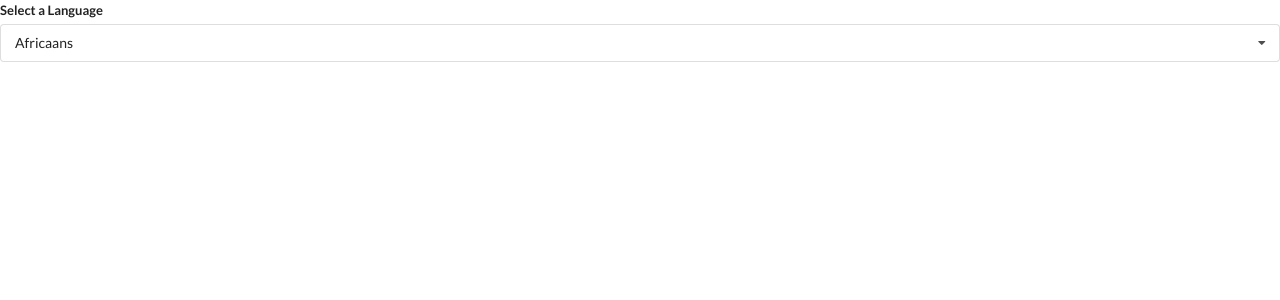
Repository: EgorSherstnev/widgets
Page: /
The author's editor kept a copy of each file at every save. The page is drawn from the files as they stood at one save, then again after the next save.
The browser window is 1280 px wide. The pictures show the whole page.
Some web libraries are served in a nearby version. The project was rebuilt for these pictures with package versions that can differ from the ones it lists, and the page was loaded fresh each time. Also part of the build but not shown: src/components/Accordion.js, src/components/Search.js.

Above is the page before, as saved 2022-11-06 14:19:43.

After the next save:
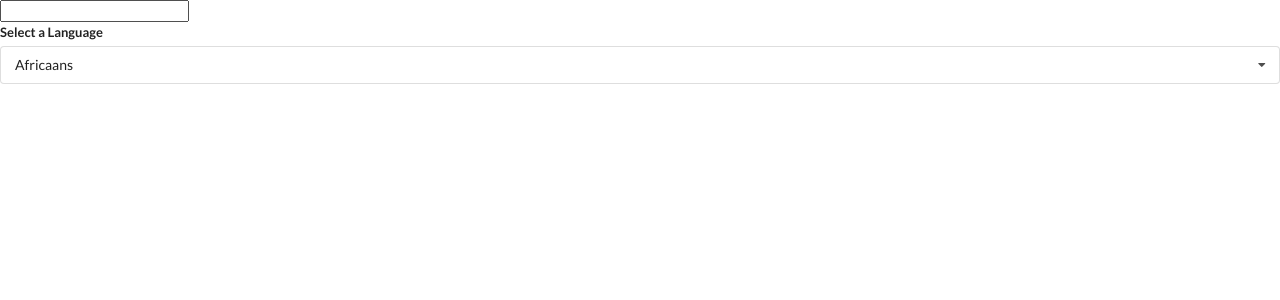
Saved 39 min 1 s later.
--- a/src/components/Translate.js
+++ b/src/components/Translate.js
@@ -18,9 +18,11 @@
 
 const Translate = () => {
     const [language, setLangeage] = useState(options[0]);
+    const [text, setText] = useState('');
 
     return (
         <div>
+            <input />
             <Dropdown
                 label="Select a Language"
                 selected={language}
